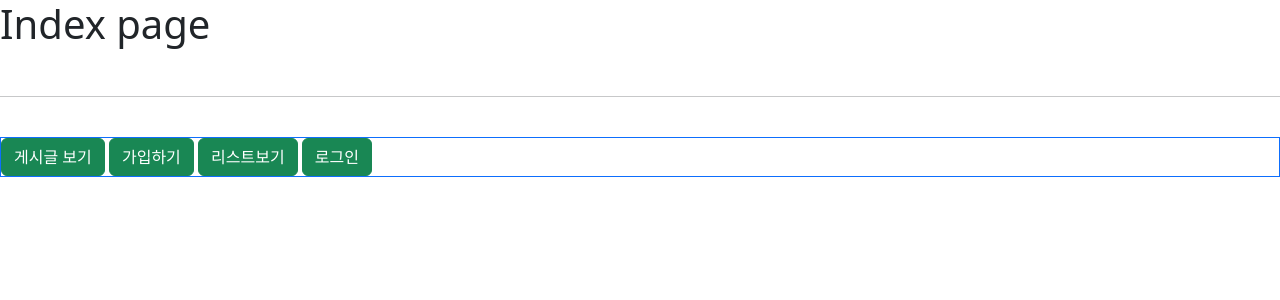
Repository: doridori890130/JSP
Page: http://localhost/jsp_project/mem/login_auth
The author's editor kept a copy of each file at every save. The page is drawn from the files as they stood at one save, then again after the next save.
The browser window is 1280 px wide. The pictures show the whole page.
The page is served by Tomcat 9. Other server files are loaded and not shown. Queries for data that is not in the repository find no rows.

Above is the page before, as saved 2023-05-31 07:11:53.

### jsp_project4/jsp_project/src/main/webapp/index.jsp
<%@ page language="java" contentType="text/html; charset=UTF-8"
    pageEncoding="UTF-8"%>
<%@ taglib uri="http://java.sun.com/jsp/jstl/core" prefix="c" %>
<!DOCTYPE html>
<html>
<head>
<meta charset="UTF-8">
<!-- CSS only -->
<link href="https://cdn.jsdelivr.net/npm/bootstrap@5.2.2/dist/css/bootstrap.min.css" rel="stylesheet" integrity="sha384-Zenh87qX5JnK2Jl0vWa8Ck2rdkQ2Bzep5IDxbcnCeuOxjzrPF/et3URy9Bv1WTRi" crossorigin="anonymous">
<title>index</title>
</head>
<body>
	<h1>Index page</h1>
	<br>
	<hr>
	<br>
	<div class="border border-primary">
	<c:if test="${ses.id ne null }">
	${ses.id }님이 login 하였습니다. <br>
	${ses.id }님은 ${ses.age}세입니다. <br>
	계정생성일 : ${ses.reg_date }<br>
	마지막 접속 : ${ses.last_login }<br>

	</div>
<br>
<a href="/mem/modify"><button class="btn btn-primary">회원정보수정</button></a>
<a href="/mem/remove"><button class="btn btn-primary">회원탈퇴</button></a>

<br> <br> <br>
<a href="/brd/register"><button class="btn btn-success">게시글 작성</button></a>
</c:if>

<a href="/brd/page"><button class="btn btn-success">게시글 보기</button></a>
<a href="/mem/join"><button class="btn btn-success">가입하기</button></a>
<a href="/mem/list"><button class="btn btn-success">리스트보기</button></a>
<c:if test="${ses.id eq null }">
<a href="/mem/login"><button class="btn btn-success">로그인</button></a>
</c:if>
<c:if test="${ses.id ne null }">
<a href="/mem/logout"><button class="btn btn-info">로그아웃</button></a>
</c:if>

<script type="text/javascript">
const msg_login = `<c:out value="${msg_login}" />`;
console.log(msg_login);
if(msg_login === '0'){
	alert('로그인 정보가 올바르지 않습니다.');
}
</script>
</body>
</html>

### jsp_project4/jsp_project/src/main/java/Controller/MemberController.java
package Controller;

import java.io.IOException;
import java.util.List;

import javax.servlet.RequestDispatcher;
import javax.servlet.ServletException;
import javax.servlet.annotation.WebServlet;
import javax.servlet.http.HttpServlet;
import javax.servlet.http.HttpServletRequest;
import javax.servlet.http.HttpServletResponse;
import javax.servlet.http.HttpSession;

import org.slf4j.Logger;
import org.slf4j.LoggerFactory;

import domain.MemberVO;
import service.MemberService;
import service.MemberServiceImpl;

/**
 * Servlet implementation class MemberController
 */
@WebServlet("/mem/*")
public class MemberController extends HttpServlet {
	private static final long serialVersionUID = 1L;
	private static Logger log = LoggerFactory.getLogger(MemberController.class);
	private RequestDispatcher rdp; // 웹의 목적지 주소로 객체를 전달해주는 객체
    private String destpage;
    private int isOk;
    private MemberService msv;

    public MemberController() {
        msv = new MemberServiceImpl();
    }


	protected void service(HttpServletRequest request, HttpServletResponse response) throws ServletException, IOException {
		//characterENcoding 설정
		request.setCharacterEncoding("utf-8");
		response.setCharacterEncoding("utf-8");
		response.setContentType("text/html; charset=utf-8");

		String uri = request.getRequestURI();
		log.info(">>> uri : "+uri);
		String path = uri.substring(uri.lastIndexOf("/")+1);
		log.info(">>> path : "+path);

		switch(path) {
		case "join":
			destpage="/member/join.jsp";
			break;
		case "register":
			try {
				String id = request.getParameter("id");
				String password = request.getParameter("password");
				String email = request.getParameter("email");
				int age = Integer.parseInt(request.getParameter("age"));
				MemberVO mvo = new MemberVO(id,password,email,age);
				isOk = msv.register(mvo);
			} catch (Exception e) {
				e.printStackTrace();
			}
			break;
		case "login":
			destpage="/member/login.jsp";
			break;
		case "login_auth":
			try {
				String id = request.getParameter("id");
				String password = request.getParameter("password");
				MemberVO mvo= new MemberVO(id,password);
				MemberVO loginMvo = msv.login(mvo);
				if(loginMvo != null) {
					HttpSession ses = request.getSession();
					ses.setAttribute("ses", loginMvo);
					ses.setMaxInactiveInterval(10*60);
				}else {
					request.setAttribute("msg_login", 0);
				}
				destpage="/";
			} catch (Exception e) {
				e.printStackTrace();
			}
			break;
		case "logout":
			try {
				HttpSession ses = request.getSession();
				MemberVO mvo = (MemberVO )ses.getAttribute("ses");
				String id = mvo.getId();
				isOk = msv.lastlogin(id);
				ses.invalidate();

			} catch (Exception e) {
				e.printStackTrace();
			}
			destpage="/";
			break;
		case "modify":
			destpage="/member/modify.jsp";
			break;
		case "edit" :
			try {
				MemberVO mvo = new MemberVO(
						request.getParameter("id"),
						request.getParameter("password"),
						request.getParameter("email"),
						Integer.parseInt(request.getParameter("age")),
						request.getParameter("reg_date"),
						request.getParameter("last_login"));
				isOk=msv.modify(mvo);
				if(isOk>0) {
					request.setAttribute("mvo", mvo);
					HttpSession ses = request.getSession();
					ses.setAttribute("ses", mvo);
				}
				destpage="/";
			} catch (Exception e) {
				e.printStackTrace();
			}
			break;
		case "list" :
			try {
				List<MemberVO> list = msv.getList();
				request.setAttribute("list", list);
				destpage="/member/list.jsp";
			} catch (Exception e) {
				e.printStackTrace();
			}
			break;
		case "remove":
			try {
				HttpSession ses = request.getSession();
				MemberVO reMvo = (MemberVO)ses.getAttribute("ses");
				String delId= reMvo.getId();
				isOk = msv.remove(delId);
				ses.invalidate();
				destpage="/";
			} catch (Exception e) {
				e.printStackTrace();
			}
			break;
		}


		rdp = request.getRequestDispatcher(destpage);
		rdp.forward(request, response);
	}


	protected void doGet(HttpServletRequest request, HttpServletResponse response) throws ServletException, IOException {
		service(request,response);
	}


	protected void doPost(HttpServletRequest request, HttpServletResponse response) throws ServletException, IOException {
		service(request,response);
	}

}

### jsp_project4/jsp_project/src/main/java/service/MemberServiceImpl.java
package service;

import java.util.List;

import org.slf4j.Logger;
import org.slf4j.LoggerFactory;

import domain.MemberVO;
import repository.MemberDAO;
import repository.MemberDAOImpl;

public class MemberServiceImpl implements MemberService {
	private static Logger log = LoggerFactory.getLogger(MemberServiceImpl.class);
	private MemberDAO mdao;

	public MemberServiceImpl() {
		mdao= new MemberDAOImpl();
	}

	@Override
	public int register(MemberVO mvo) {
		log.info(">>register service");
		return mdao.register(mvo);
	}

	@Override
	public MemberVO login(MemberVO mvo) {
		log.info(">>login service");
		return mdao.login(mvo);
	}

	@Override
	public int lastlogin(String id) {
		log.info(">>lastlogin service");
		return mdao.lastlogin(id);
	}

	@Override
	public int modify(MemberVO mvo) {
		log.info(">>lastlogin service");
		return mdao.modify(mvo);
	}

	@Override
	public List<MemberVO> getList() {
		log.info(">>lastlogin service");
		return mdao.list();
	}

	@Override
	public int remove(String delId) {
		log.info(">>lastlogin service");
		return mdao.remove(delId);
	}
}

### jsp_project4/jsp_project/src/main/java/repository/MemberDAO.java
package repository;

import java.util.List;

import domain.MemberVO;

public interface MemberDAO {

	int register(MemberVO mvo);

	MemberVO login(MemberVO mvo);

	int lastlogin(String id);

	int modify(MemberVO mvo);

	List<MemberVO> list();

	int remove(String delId);

}

### jsp_project4/jsp_project/src/main/java/repository/MemberDAOImpl.java
package repository;

import java.util.List;

import org.apache.ibatis.session.SqlSession;
import org.slf4j.Logger;
import org.slf4j.LoggerFactory;

import domain.MemberVO;
import orm.DatabaseBuilder;



public class MemberDAOImpl implements MemberDAO {
	private static Logger log = LoggerFactory.getLogger(MemberDAOImpl.class);
	private SqlSession sql;
	private String NS = "MemberMapper.";

	public MemberDAOImpl() {
		new DatabaseBuilder();
		sql= DatabaseBuilder.getFactory().openSession();
	}

	@Override
	public int register(MemberVO mvo) {
		int isOk=sql.insert(NS+"register",mvo);
		if(isOk>0) {
			sql.commit();
		}
		return isOk;
	}

	@Override
	public MemberVO login(MemberVO mvo) {

		return sql.selectOne(NS+"login",mvo);
	}

	@Override
	public int lastlogin(String id) {
		int isOk=sql.update(NS+"lastlogin",id);
		if(isOk>0) {
			sql.commit();
		}
		return isOk;
	}

	@Override
	public int modify(MemberVO mvo) {
		int isOk=sql.update(NS+"modify",mvo);
		if(isOk>0) {
			sql.commit();
		}
		return isOk;
	}

	@Override
	public List<MemberVO> list() {

		return sql.selectList(NS+"list");
	}

	@Override
	public int remove(String delId) {
		int isOk=sql.delete(NS+"del",delId);
		if(isOk>0) {
			sql.commit();
		}
		return isOk;
	}
}

### jsp_project4/jsp_project/src/main/java/orm/DatabaseBuilder.java
package orm;


import java.io.IOException;
import org.apache.ibatis.io.Resources;
import org.apache.ibatis.session.SqlSessionFactory;
import org.apache.ibatis.session.SqlSessionFactoryBuilder;
import org.slf4j.Logger;
import org.slf4j.LoggerFactory;

public class DatabaseBuilder {
	private static Logger log = LoggerFactory.getLogger(DatabaseBuilder.class);
	private static SqlSessionFactory factory;
	private static final String config = "orm/MybatisConfig.xml";

	static {
		try {
			factory = new SqlSessionFactoryBuilder().build(Resources.getResourceAsReader(config));

		} catch (IOException e) {
			log.info("Mybatis 설정오류");
			e.printStackTrace();
		}
	}
	public static SqlSessionFactory getFactory() {
		return factory;
	}
}

### jsp_project4/jsp_project/src/main/java/domain/MemberVO.java
package domain;

public class MemberVO {
//	create table meminfo(
//			mno int auto_increment,
//			id varchar(100),
//			password varchar(100),
//			email varchar(100),
//			age int,
//			reg_date datetime default now(),
//			last_login datetime default null,
//			primary key(mno));
	private int mno;
	private String id;
	private String password;
	private String email;
	private int age;
	private String reg_date;
	private String last_login;

	public MemberVO() {}
	//resister (id, passwor, email, age)
	public MemberVO(String id ,String password, String email, int age) {
		this.id=id;
		this.password=password;
		this.email=email;
		this.age=age;
	}

	// login
	public MemberVO(String id, String password) {
		this.id=id;
		this.password=password;
	}

	//list(id, email, age, reg_date, last_login)
	public MemberVO(String id, String email,int age,String reg_date , String last_login) {
		this.id=id;
		this.email=email;
		this.age=age;
		this.reg_date=reg_date;
		this.last_login=last_login;
	}
	//modify (password, age, email)
	public MemberVO(String password, int age, String email) {
		this.password=password;
		this.age=age;
		this.email=email;
	}
	public MemberVO(String id, String password, String email, int age, String reg_date, String last_login) {

		this.id = id;
		this.password = password;
		this.email = email;
		this.age = age;
		this.reg_date = reg_date;
		this.last_login = last_login;
	}
	public int getMno() {
		return mno;
	}
	public void setMno(int mno) {
		this.mno = mno;
	}
	public String getId() {
		return id;
	}
	public void setId(String id) {
		this.id = id;
	}
	public String getPassword() {
		return password;
	}
	public void setPassword(String password) {
		this.password = password;
	}
	public String getEmail() {
		return email;
	}
	public void setEmail(String email) {
		this.email = email;
	}
	public int getAge() {
		return age;
	}
	public void setAge(int age) {
		this.age = age;
	}
	public String getReg_date() {
		return reg_date;
	}
	public void setReg_date(String reg_date) {
		this.reg_date = reg_date;
	}
	public String getLast_login() {
		return last_login;
	}
	public void setLast_login(String last_login) {
		this.last_login = last_login;
	}
	@Override
	public String toString() {
		return "MemberVo [mno=" + mno + ", id=" + id + ", password=" + password + ", email=" + email + ", age=" + age
				+ ", reg_date=" + reg_date + ", last_login=" + last_login + "]";
	}

}

### jsp_project4/jsp_project/src/main/java/domain/BoardVO.java
package domain;

public class BoardVO {
	private int bno;
	private String title;
	private String writer;
	private String content;
	private String reg_date;
	private int read_count;
	private String image_file;

	public BoardVO() {}

	//register(title, writer, content)
	public BoardVO(String title, String writer, String content) {
		this.title = title;
		this.writer = writer;
		this.content = content;
	}
	//list(bno, title, writer, reg_date)
	public BoardVO(int bno, String title, String writer,
			String reg_date, int read_count) {
		this.bno = bno;
		this.title = title;
		this.writer = writer;
		this.reg_date = reg_date;
		this.read_count = read_count;
	}
	//detail(all)
	public BoardVO(int bno, String title, String writer, String content, String reg_date, int read_count, String image_file) {
		this.bno = bno;
		this.title = title;
		this.writer = writer;
		this.content = content;
		this.reg_date = reg_date;
		this.read_count = read_count;
		this.image_file = image_file;
	}

	//update(bno, title, content)
	public BoardVO(int bno, String title, String content) {
		this.bno = bno;
		this.title =title;
		this.content=content;
	}

	//getter/setter
	public int getBno() {
		return bno;
	}

	public void setBno(int bno) {
		this.bno = bno;
	}

	public String getTitle() {
		return title;
	}

	public int getRead_count() {
		return read_count;
	}

	public void setRead_count(int read_count) {
		this.read_count = read_count;
	}

	public void setTitle(String title) {
		this.title = title;
	}

	public String getWriter() {
		return writer;
	}

	public void setWriter(String writer) {
		this.writer = writer;
	}

	public String getContent() {
		return content;
	}

	public void setContent(String content) {
		this.content = content;
	}

	public String getReg_date() {
		return reg_date;
	}

	public void setReg_date(String reg_date) {
		this.reg_date = reg_date;
	}


	public String getImage_file() {
		return image_file;
	}

	public void setImage_file(String image_file) {
		this.image_file = image_file;
	}

	@Override
	public String toString() {
		return "BoardVO [bno=" + bno + ", title=" + title + ", writer=" + writer + ", content=" + content
				+ ", reg_date=" + reg_date + ", read_count=" + read_count + "]";
	}




}

### jsp_project4/jsp_project/src/main/java/domain/CommentVO.java
package domain;

public class CommentVO {
	private int cno;
	private int bno;
	private String writer;
	private String content;
	private String reg_date;

	public CommentVO() {}

	//post(bno, writer, content)
	public CommentVO(int bno, String writer, String content) {
	this.bno=bno;
	this.writer=writer;
	this.content=content;
	}
	//(writer, content, cno)
	public CommentVO(String writer, String content, int cno) {
	this.writer = writer;
	this.content = content;
	this.cno = cno;
	}
	//modify(cno, content)
	public CommentVO(int cno, String content) {
		this.cno = cno;
		this.content = content;
	}
	//list(bno, cno, writer, content, reg_date)
	public CommentVO(int bno, int cno, String writer, String content,
			String reg_date) {
		this(bno, writer, content);
		this.cno=cno;
		this.reg_date=reg_date;
	}

	public int getCno() {
		return cno;
	}

	public void setCno(int cno) {
		this.cno = cno;
	}

	public int getBno() {
		return bno;
	}

	public void setBno(int bno) {
		this.bno = bno;
	}

	public String getWriter() {
		return writer;
	}

	public void setWriter(String writer) {
		this.writer = writer;
	}

	public String getContent() {
		return content;
	}

	public void setContent(String content) {
		this.content = content;
	}

	public String getReg_date() {
		return reg_date;
	}

	public void setReg_date(String reg_date) {
		this.reg_date = reg_date;
	}

	@Override
	public String toString() {
		return "CommentVO [cno=" + cno + ", bno=" + bno + ", writer=" + writer + ", content=" + content + ", reg_date="
				+ reg_date + "]";
	}
}

### jsp_project4/jsp_project/src/main/java/domain/PagingVO.java
package domain;

public class PagingVO {
	private int pageNo;
	private int qty;

	private String type;
	private String keyword;

	public PagingVO() {
		this(1,10);
	}
	public PagingVO(int pageNo, int qty) {
		this.pageNo=pageNo;
		this.qty=qty;
	}

	public int getPageStart() {
		return (this.pageNo-1)*10;
	}

	public String[] gettypeToArray() {
		return this.type == null ? new String[] {} : this.type.split("");
	}
	public int getPageNo() {
		return pageNo;
	}
	public void setPageNo(int pageNo) {
		this.pageNo = pageNo;
	}
	public int getQty() {
		return qty;
	}
	public void setQty(int qty) {
		this.qty = qty;
	}
	public String getType() {
		return type;
	}
	public void setType(String type) {
		this.type = type;
	}
	public String getKeyword() {
		return keyword;
	}
	public void setKeyword(String keyword) {
		this.keyword = keyword;
	}
	@Override
	public String toString() {
		return "PagingVO [pageNo=" + pageNo + ", qty=" + qty + ", type=" + type + ", keyword=" + keyword + "]";
	}

}

After the next save:
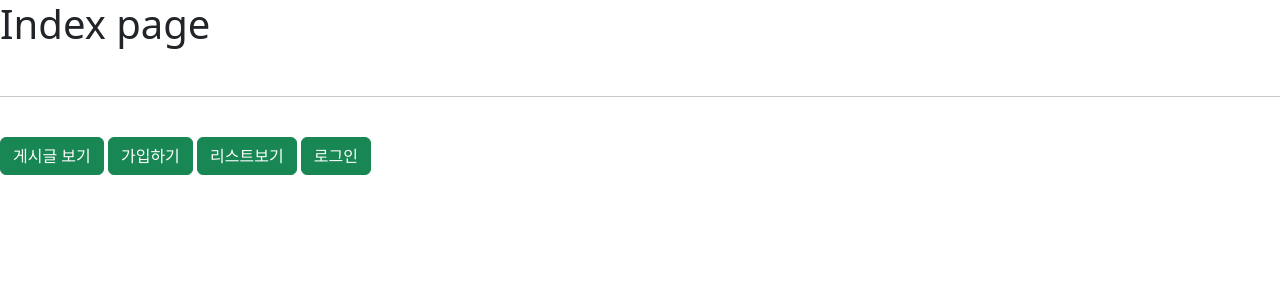
Saved 94 s later.
--- a/jsp_project4/jsp_project/src/main/webapp/index.jsp
+++ b/jsp_project4/jsp_project/src/main/webapp/index.jsp
@@ -14,14 +14,13 @@
 	<br>
 	<hr>
 	<br>
-	<div class="border border-primary">
 	<c:if test="${ses.id ne null }">
 	${ses.id }님이 login 하였습니다. <br>
 	${ses.id }님은 ${ses.age}세입니다. <br>
 	계정생성일 : ${ses.reg_date }<br>
 	마지막 접속 : ${ses.last_login }<br>
 
-	</div>
+
 <br>
 <a href="/mem/modify"><button class="btn btn-primary">회원정보수정</button></a>
 <a href="/mem/remove"><button class="btn btn-primary">회원탈퇴</button></a>
